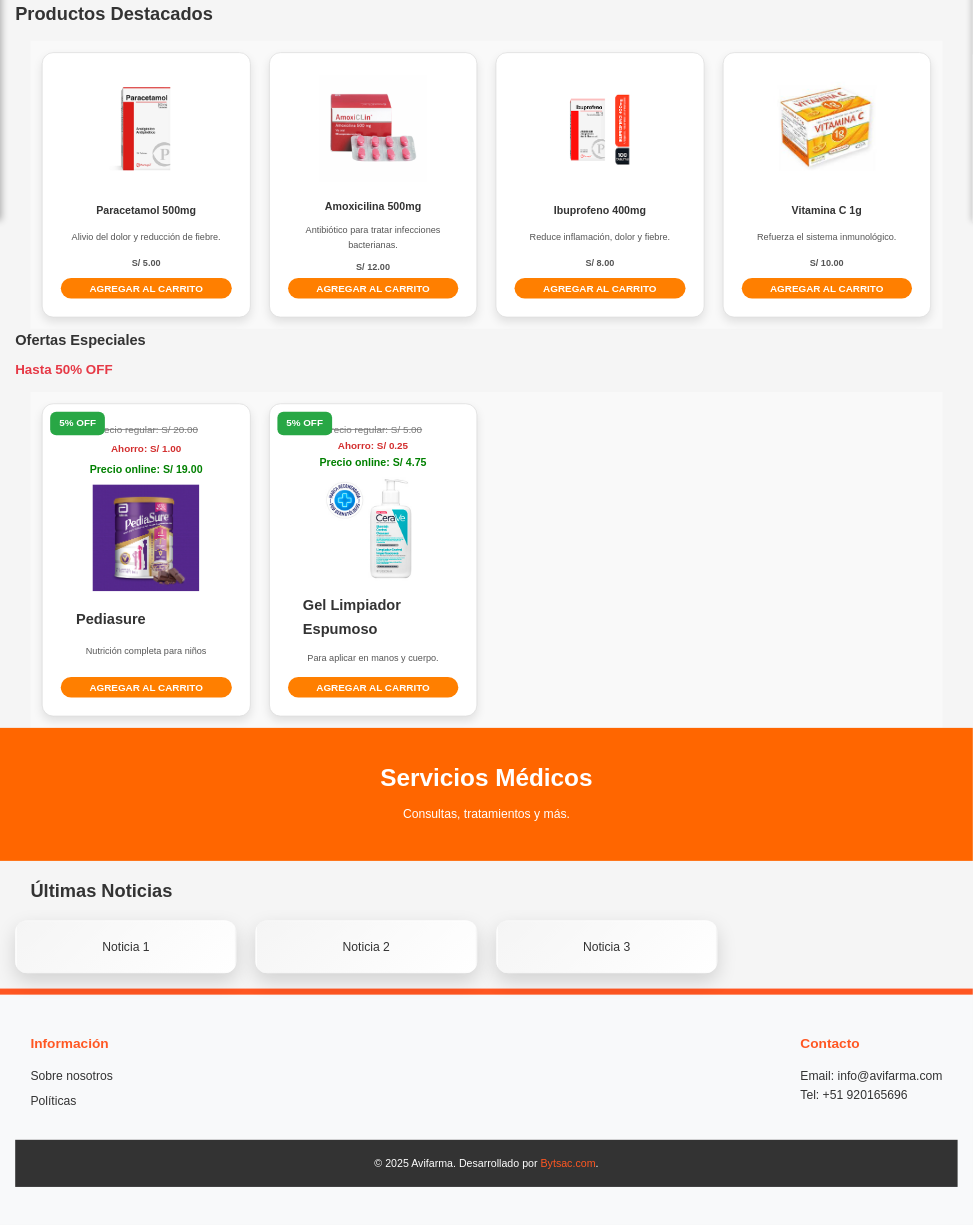
Repository: AVH75/avifarma-tienda
Page: index.html
The author's editor kept a copy of each file at every save. The page is drawn from the files as they stood at one save, then again after the next save.
The browser window is 1280 px wide. The pictures show the part of the page from y = 430 to 2044 px (the page is 2042 px tall before and 2044 px after), at 76% of full size.

Above is the page before, as saved 2025-09-12 20:45:46.

### index.html
<!DOCTYPE html>
<html lang="es">
<head>
  <meta charset="UTF-8">
  <meta name="viewport" content="width=device-width, initial-scale=1.0">
  <title>Avifarma | Boticas y Farmacias - Salud y Bienestar</title>

  <!-- =========================
       SEO BÁSICO
  ========================= -->
  <meta name="description" content="Avifarma - Tu salud primero, siempre cerca de ti. Productos, servicios médicos y ofertas especiales.">
  <meta name="keywords" content="Avifarma, farmacia, botica, medicamentos, salud, productos farmacéuticos, Perú">
  <meta name="author" content="Bytsac.com">

  <!-- Favicon -->
  <link rel="icon" type="image/png" href="img/favicon.png">

  <!-- Open Graph -->
  <meta property="og:title" content="Avifarma | Tu salud primero">
  <meta property="og:description" content="Descubre productos, servicios médicos y ofertas especiales en Avifarma.">
  <meta property="og:image" content="img/logo/Logo.png">
  <meta property="og:url" content="https://avifarma.com">
  <meta property="og:type" content="website">

  <!-- Twitter Card -->
  <meta name="twitter:card" content="summary_large_image">
  <meta name="twitter:title" content="Avifarma | Tu salud primero">
  <meta name="twitter:description" content="Descubre productos, servicios médicos y ofertas especiales en Avifarma.">
  <meta name="twitter:image" content="img/logo/Logo.png">

  <!-- Schema.org JSON-LD -->
  <script type="application/ld+json">
  {
    "@context": "https://schema.org",
    "@type": "Pharmacy",
    "name": "Avifarma",
    "image": "https://avifarma.com/img/logo/Logo.png",
    "url": "https://avifarma.com",
    "address": {
      "@type": "PostalAddress",
      "addressLocality": "Trujillo",
      "addressCountry": "PE"
    },
    "contactPoint": {
      "@type": "ContactPoint",
      "telephone": "+51 920165696",
      "contactType": "customer service"
    }
  }
  </script>

  <!-- =========================
       ARCHIVOS CSS
  ========================= -->
  <link rel="stylesheet" href="css/style.css?v=1.8">
</head>
<body>

 <!-- =========================
       🔹 FRANJA SUPERIOR (Marquee con promos)
  ========================= -->
  <div class="promo-bar" role="banner">
    <div class="marquee" aria-label="Promociones destacadas">
      <span> Sorteo: Gana una casa o 1 millón en efectivo</span>
      <span>📦 Envíos gratis en compras mayores a S/ 99</span>
      <span>💊 Promoción válida hasta el 14 de septiembre</span>
    </div>
  </div>

  <!-- Separador entre la promo-bar y top-bar -->
  <div class="separador"></div>

  <!-- =========================
       🔹 TOP-BAR (Login/usuario)
  ========================= -->
<div class="top-bar" style="height: 50px;">
  <!-- Contenedor vacío para mantener la franja visible -->
</div>


  <div class="separator"></div>

  <!-- =========================
       🔹 HEADER PRINCIPAL
  ========================= -->

  <header class="header sticky" role="banner">
    <div class="main-header">

      <!-- 🔸 Menú hamburguesa y logo -->
      <div class="logo-menu-container">
        <!-- 🔸 Menú hamburguesa (izquierda) -->
        <button class="menu-toggle" id="menu-toggle" aria-label="Abrir menú de navegación" aria-controls="nav" aria-expanded="false">
          ☰
        </button>

        <!-- 🔸 Logo de Avifarma y nombre -->
        <div class="logo">
          <a href="index.html">
            <img src="img/logo/logo.jpeg" alt="Avifarma Logo" width="50" height="50" loading="lazy">
          </a>
          <h1>Avifarma</h1>
        </div>
      </div>

      <!-- 🔸 Buscador centrado -->
      <div class="buscador-container">
        <form role="search" class="search" action="buscar.html" method="get">
          <label for="buscador" class="sr-only"></label>
          <input type="search" name="q" id="buscador" placeholder="Buscar productos..." aria-label="Buscar productos">
          <button type="submit" aria-label="Buscar">🔍</button>
        </form>
      </div>

      <!-- 🔸 Acciones (Login y Carrito) -->
      <div class="acciones-header">
        <!-- Ingresar -->
     <a href="login.html">
    <img src="img/logo/login.png" alt="Imagen de inicio de sesión" style="width:50px;height:50px;">
</a>


        <!-- Carrito -->
        <a href="#" id="abrir-carrito" class="carrito-icono" aria-label="Abrir carrito de compras">
          <img src="img/logo/carrito.png" alt="Carrito de compras" class="icono-img" width="32" height="32" loading="lazy">
          <span id="contador-carrito" class="contador">0</span>
        </a>
      </div>

    </div>
  </header>

  <!-- =========================
       🔹 Menú lateral (Sidebar)
  ========================= -->
<div id="nav" class="menu">
  <button id="close-menu" class="close-menu">×</button>
  <ul>
    <li><a href="#">Inicio</a></li>
    <li><a href="#">Productos</a></li>
    <li><a href="#">Servicios</a></li>
    <li><a href="#">Contacto</a></li>
  </ul>
</div>

<div id="overlay-menu"></div>



  <!-- =========================
       🔹 HERO PROMOCIONES
  ========================= -->
  <section class="promociones" aria-label="Banners promocionales">
    <div class="slider-container">
      <div class="slider" id="slider-banner"></div>
      <button class="prev" aria-label="Anterior">❮</button>
      <button class="next" aria-label="Siguiente">❯</button>
      <div class="dots-container" id="dots"></div>
    </div>
  </section>

  <!-- =========================
       🔹 PRODUCTOS DESTACADOS
  ========================= -->
  <main>
    <section class="productos">
      <h2 id="titulo-productos">Productos Destacados</h2>
      <div class="grid-productos" id="productos-grid"></div>
    </section>

    <aside class="ofertas" aria-label="Ofertas especiales">
      <h3 id="titulo-ofertas">Ofertas Especiales</h3>
      <p class="oferta-texto">Hasta 50% OFF</p>
      <div class="grid-ofertas" id="ofertas-grid"></div>
    </aside>
  </main>

  <!-- =========================
       🔹 SERVICIOS
  ========================= -->
  <section class="servicios">
    <h2 id="titulo-servicios">Servicios Médicos</h2>
    <p>Consultas, tratamientos y más.</p>
  </section>

  <!-- =========================
       🔹 NOVEDADES
  ========================= -->
  <section class="novedades">
    <h2 id="titulo-novedades">Últimas Noticias</h2>
    <div class="grid">
      <article class="card">Noticia 1</article>
      <article class="card">Noticia 2</article>
      <article class="card">Noticia 3</article>
    </div>
  </section>

  <!-- =========================
       🔹 FOOTER
  ========================= -->
  <footer>
    <div class="footer-top">
      <div>
        <h3>Información</h3>
        <ul>
          <li><a href="sobre-nosotros.html">Sobre nosotros</a></li>
          <li><a href="politicas.html">Políticas</a></li>
        </ul>
      </div>
      <div>
        <h3>Contacto</h3>
        <p>Email: <a href="mailto:info@avifarma.com">info@avifarma.com</a></p>
        <p>Tel: <a href="tel:+51920165696">+51 920165696</a></p>
      </div>
    </div>
    <div class="footer-bottom">
      <p>© 2025 Avifarma. Desarrollado por <a href="https://bytsac.com" target="_blank" rel="noopener">Bytsac.com</a>.</p>
    </div>
  </footer>

  <!-- =========================
       🔹 CARRITO LATERAL
  ========================= -->
<div id="carrito-sidebar" class="carrito-sidebar" aria-hidden="true">
  <div class="carrito-header">
    <h2>Carrito</h2>
    <button class="cerrar-carrito" onclick="cerrarCarrito()" aria-label="Cerrar carrito">×</button>
  </div>

  <!-- Productos -->
  <div id="carrito-items" class="productos-carrito">
    <!-- Ejemplo producto -->
    <div class="producto-card">
     <img src="img/productos/marca.jpg" alt="Producto">
      <div class="producto-info">
        <h3>Nombre del Producto</h3>
        <p class="precio">S/ 20.00</p>
        <div class="acciones">
          <button class="cantidad">-</button>
          <span>1</span>
          <button class="cantidad">+</button>
          <button class="eliminar">🗑</button>
        </div>
      </div>
    </div>
  </div>

  <!-- Totales -->
  <div class="carrito-footer">
    <p>Subtotal: <span id="subtotal">S/ 0.00</span></p>
    <p>Descuento: <span id="descuento">S/ 0.00</span></p>
    <p>Total: <span id="total">S/ 0.00</span></p>

    <!-- Botones -->
    <div class="cart-buttons">
      <button id="ir-a-pagar" class="btn-primary" onclick="comprarAhora()">Ir a pagar</button>
       <a href="carrito.html" id="ver-carrito">Ver carrito</a>
    </div>
  </div>
</div>

<!-- Overlay (fondo oscuro) -->
<div id="overlay-carrito"></div>

  <!-- =========================
       🔹 SCRIPTS
  ========================= -->
  <script src="js/menu.js?v=1.8" defer></script>
  <script src="js/carrito.js?v=1.8" defer></script>
  <script src="js/render-catalogo.js?v=1.8" defer></script>
</body>
</html>

### js/render-catalogo.js
// ===================================================
// Renderizado de Productos y Ofertas
// ===================================================
function mostrarItems(lista, contenedorId, tipo = "producto") {
    const contenedor = document.getElementById(contenedorId);
    if (!contenedor) {
        console.error(`⚠️ El contenedor con id "${contenedorId}" no existe en el DOM`);
        return;
    }

    contenedor.innerHTML = ""; // Limpiar el contenedor

    lista.forEach(item => {
        const imageUrl = item.img || "default-image.jpg";

        // Crear la tarjeta
        const card = document.createElement("div");
        card.classList.add("card-" + tipo);
        card.style.position = "relative";

        // Imagen
        const img = document.createElement("img");
        img.src = imageUrl;
        img.alt = item.nombre;

        // Etiqueta de oferta (si existe descuento o porcentaje)
        if (tipo === "oferta" && (item.descuento || item.precio_con_descuento)) {
            const etiqueta = document.createElement("div");
            etiqueta.classList.add("oferta-tag");
            etiqueta.textContent = item.descuento || "Descuento Especial"; // Usa el descuento o texto genérico
            card.appendChild(etiqueta); // Insertar la etiqueta en la parte superior
        }

        // Título
        const h3 = document.createElement("h3");
        h3.textContent = item.nombre;

        // Descripción
        const pDescripcion = document.createElement("p");
        pDescripcion.textContent = item.descripcion;

        // Precio
        const pPrecio = document.createElement("p");
        pPrecio.classList.add("precio");

        // Mostrar precio con descuento si está disponible
        if (item.precio_con_descuento && item.precio_con_descuento < item.precio) {
            // Mostrar el precio regular
            const precioRegular = document.createElement("span");
            precioRegular.classList.add("precio-regular");
            precioRegular.textContent = `Precio regular: S/ ${item.precio.toFixed(2)}`;

            // Mostrar el ahorro
            const ahorro = document.createElement("div");
            ahorro.classList.add("ahorro");
            const porcentajeAhorro = (item.precio - item.precio_con_descuento).toFixed(2);
            ahorro.textContent = `Ahorro: S/ ${porcentajeAhorro}`;

            // Mostrar precio online
            const precioOnline = document.createElement("span");
            precioOnline.classList.add("precio-descuento");
            precioOnline.textContent = `Precio online: S/ ${item.precio_con_descuento.toFixed(2)}`;

            // Insertar los precios y ahorro en la tarjeta
            card.appendChild(precioRegular);
            card.appendChild(ahorro);
            card.appendChild(precioOnline);
        } else {
            // Si no hay descuento, solo mostramos el precio normal
            pPrecio.textContent = `S/ ${item.precio.toFixed(2)}`;
        }

        // Botón
        const button = document.createElement("button");
        button.textContent = "Agregar al carrito";
        button.onclick = () =>
            agregarAlCarrito(item.id, item.nombre, item.precio_con_descuento || item.precio, item.img);

        // Agregar todo a la tarjeta
        card.appendChild(img);
        card.appendChild(h3);
        card.appendChild(pDescripcion);
        card.appendChild(pPrecio);
        card.appendChild(button);

        // Insertar en el contenedor
        contenedor.appendChild(card);
    });
}



// ===================================================
// Carrusel de Banners
// ===================================================
function mostrarCarrusel(banners) {
    const slider = document.getElementById("slider-banner");

    if (!slider) {
        console.error("⚠️ No existe el contenedor #slider-banner en el DOM");
        return;
    }

    slider.innerHTML = ""; // limpiar carrusel

    if (!banners || banners.length === 0) {
        console.error("⚠️ No hay banners en el JSON");
        return;
    }

    // Crear slides
    banners.forEach(item => {
        const slide = document.createElement("div");
        slide.classList.add("slide");

        const img = document.createElement("img");
        img.src = item.src;
        img.alt = item.alt;

        slide.appendChild(img);
        slider.appendChild(slide);
    });

    // --- Lógica del carrusel ---
    let currentIndex = 0;
    const slides = slider.querySelectorAll(".slide");
    const totalSlides = slides.length;

    // Crear los puntos indicadores
    const dotsContainer = document.getElementById("dots");
    if (dotsContainer) {
        dotsContainer.innerHTML = "";
        banners.forEach((_, index) => {
            const dot = document.createElement("div");
            dot.classList.add("dot");
            if (index === 0) dot.classList.add("active");

            dot.addEventListener("click", () => {
                currentIndex = index;
                updateSlider();
                updateDots();
            });

            dotsContainer.appendChild(dot);
        });
    }

    function updateDots() {
        if (!dotsContainer) return;
        document.querySelectorAll(".dot").forEach((dot, i) => {
            dot.classList.toggle("active", i === currentIndex);
        });
    }

    function updateSlider() {
        const offset = -currentIndex * 100;
        slider.style.transform = `translateX(${offset}%)`;
        updateDots();
    }

    function nextSlide() {
        currentIndex = (currentIndex + 1) % totalSlides;
        updateSlider();
    }

    function prevSlide() {
        currentIndex = (currentIndex - 1 + totalSlides) % totalSlides;
        updateSlider();
    }

    // Botones prev / next
    const btnPrev = document.querySelector(".prev");
    const btnNext = document.querySelector(".next");

    if (btnPrev && btnNext) {
        btnPrev.addEventListener("click", prevSlide);
        btnNext.addEventListener("click", nextSlide);
    }

    // Autoplay
    let autoplay = setInterval(nextSlide, 5000);

    // Pausa en hover
    slider.parentElement.addEventListener("mouseenter", () => {
        clearInterval(autoplay);
    });
    slider.parentElement.addEventListener("mouseleave", () => {
        autoplay = setInterval(nextSlide, 5000);
    });

    updateSlider();
}

// ===================================================
// Carga del JSON y Renderizado
// ===================================================
fetch("productos.json")
    .then(response => {
        if (!response.ok) throw new Error("Error al cargar el JSON");
        return response.json();
    })
    .then(data => {
        console.log("✅ Datos cargados:", data);

        // Renderizar productos
        mostrarItems(data.productos, "productos-grid", "producto");

        // Renderizar ofertas
        mostrarItems(data.ofertas, "ofertas-grid", "oferta");

        // Renderizar carrusel
        mostrarCarrusel(data.BannerCarrusel);
    })
    .catch(error => {
        console.error("❌ Error al cargar los datos:", error);
        const errorMessage = document.createElement("p");
        errorMessage.textContent =
            "Hubo un problema al cargar los productos. Por favor, intenta más tarde.";
        document.body.appendChild(errorMessage);
    });

Loaded but not shown: productos.json (83 lines, source omitted); js/carrito.js (325 lines, source omitted); js/menu.js (70 lines, source omitted); css/style.css (1775 lines, source omitted)

After the next save:
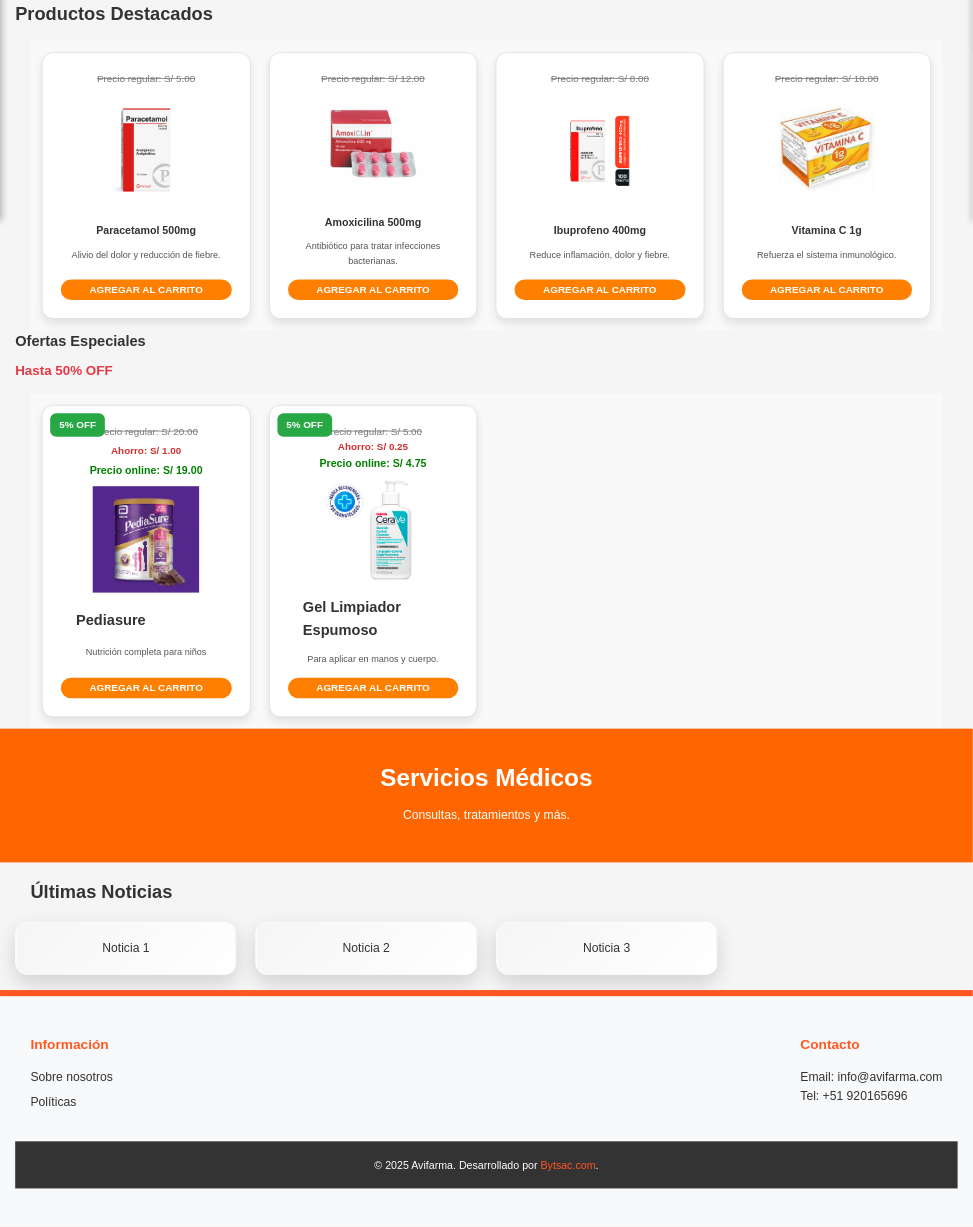
Saved 109 s later.
--- a/js/render-catalogo.js
+++ b/js/render-catalogo.js
@@ -43,32 +43,30 @@
         const pPrecio = document.createElement("p");
         pPrecio.classList.add("precio");
 
-        // Mostrar precio con descuento si está disponible
+        // Mostrar el Precio Regular
+        const precioRegular = document.createElement("span");
+        precioRegular.classList.add("precio-regular");
+        precioRegular.textContent = `Precio regular: S/ ${item.precio.toFixed(2)}`;
+
+        // Ahorro
+        const ahorro = document.createElement("div");
+        ahorro.classList.add("ahorro");
         if (item.precio_con_descuento && item.precio_con_descuento < item.precio) {
-            // Mostrar el precio regular
-            const precioRegular = document.createElement("span");
-            precioRegular.classList.add("precio-regular");
-            precioRegular.textContent = `Precio regular: S/ ${item.precio.toFixed(2)}`;
-
-            // Mostrar el ahorro
-            const ahorro = document.createElement("div");
-            ahorro.classList.add("ahorro");
-            const porcentajeAhorro = (item.precio - item.precio_con_descuento).toFixed(2);
-            ahorro.textContent = `Ahorro: S/ ${porcentajeAhorro}`;
-
-            // Mostrar precio online
-            const precioOnline = document.createElement("span");
-            precioOnline.classList.add("precio-descuento");
+            const ahorroCantidad = (item.precio - item.precio_con_descuento).toFixed(2);
+            ahorro.textContent = `Ahorro: S/ ${ahorroCantidad}`;
+        }
+
+        // Mostrar Precio Online (con descuento)
+        const precioOnline = document.createElement("span");
+        precioOnline.classList.add("precio-descuento");
+        if (item.precio_con_descuento) {
             precioOnline.textContent = `Precio online: S/ ${item.precio_con_descuento.toFixed(2)}`;
-
-            // Insertar los precios y ahorro en la tarjeta
-            card.appendChild(precioRegular);
-            card.appendChild(ahorro);
-            card.appendChild(precioOnline);
-        } else {
-            // Si no hay descuento, solo mostramos el precio normal
-            pPrecio.textContent = `S/ ${item.precio.toFixed(2)}`;
         }
+
+        // Insertamos los precios en la tarjeta
+        card.appendChild(precioRegular);
+        if (ahorro.textContent) card.appendChild(ahorro);
+        card.appendChild(precioOnline);
 
         // Botón
         const button = document.createElement("button");
@@ -87,8 +85,6 @@
         contenedor.appendChild(card);
     });
 }
-
-
 
 // ===================================================
 // Carrusel de Banners
